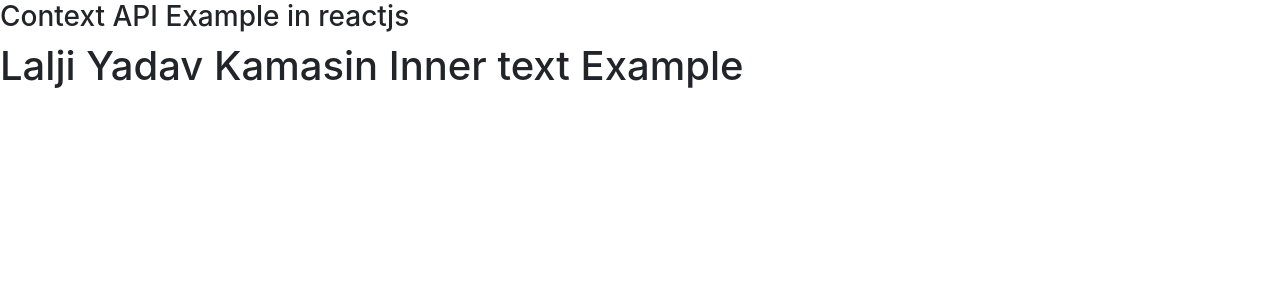
Repository: lalji-yadav/React-Context-API
Page: /compa
The author's editor kept a copy of each file at every save. The page is drawn from the files as they stood at one save, then again after the next save.
The browser window is 1280 px wide. The pictures show the whole page.
The project was rebuilt for these pictures with package versions that can differ from the ones it lists, and the page was loaded fresh each time. Also part of the build but not shown: src/App.css.

Above is the page before, as saved 2021-02-12 13:17:48.

### src/App.js
import  React,{ useState,Suspense } from 'react';
import './App.css';
import {
  BrowserRouter as Router,
  Switch,
  Route,
  Link
} from "react-router-dom";
//import A from "./components/A";

const A = React.lazy(()=> import('./components/A'))
const TableData = React.lazy(()=>import('./CRUD/tableData'))
const ComponentA = React.lazy(()=>import('./contextapiAdvance/componentA'))

export const ThemeContext = React.createContext()

function App() {

  const [data, setData] = useState({
    name: "Lalji Yadav Kamasin",
    mob:"8726650277",
    email:'lalji@gmail.com'
  })

 const changeStates=()=> {
    setData({
      name:"Change value Name Lalji to Anubhav Kumar yadav",
      mob:"1234567890",
      email:'12lalji@gmail.com'
    })
  }
  const contextValues = {
    data: data,
    changeStates: changeStates
  }

  return (
    <div>
      <h3> Context API Example in reactjs  </h3>

      {/* <ThemeContext.Provider value={contextValues}>
        <Home />
      </ThemeContext.Provider> */}

      <Router>
       <Suspense fallback={<div>Loading.....</div>}>
        <Switch>
          <Route exact path="/a" component={A} />
          <Route exact path="/tabledata" component={TableData} />
          <Route exact path="/compa" component={ComponentA} />
        </Switch>
       </Suspense>
      </Router>

    </div>
  );
}

export default App;

### src/contextapiAdvance/componentA.js
import React from 'react';
import ComponentB from "./componentB";

export const Mycontext = React.createContext()
export const Ourcontext = React.createContext()

const ComponentA = () => {
    return (
        <div>
            <Mycontext.Provider value={'Lalji Yadav Kamasin'}>
                <Ourcontext.Provider value={'Inner text Example'}>
                  <ComponentB />
                </Ourcontext.Provider>
            </Mycontext.Provider>

        </div>
    );
};

export default ComponentA;

### src/contextapiAdvance/componentB.js
import React from 'react';
import ComponentC from "./componentC";

const ComponentB = () => {
    return (
        <div>
            <ComponentC />
        </div>
    );
};

export default ComponentB;

### src/contextapiAdvance/componentC.js
import React from 'react';
import { Mycontext, Ourcontext } from './componentA'


const ComponentC = () => {
    return (
        <div>
            <Mycontext.Consumer>
                {
                    value=> {
                        return (<Ourcontext.Consumer>
                            {
                                val=>{
                                    return (<h1> {value} {val}</h1>)
                                }
                            }
                        </Ourcontext.Consumer>)
                    }
                }
            </Mycontext.Consumer>
        </div>
    );
};

export default ComponentC;

Loaded but not shown: public/index.html (common file); src/index.js (common file); src/index.css (common file); src/reportWebVitals.js (common file)

After the next save:
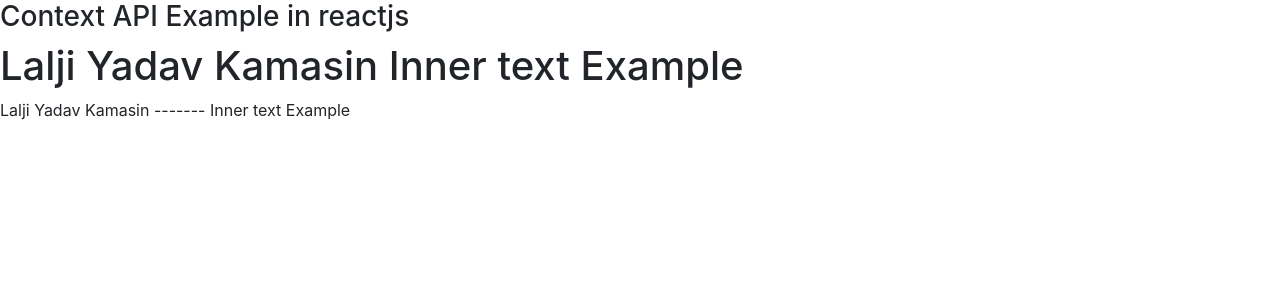
Saved 2 min 40 s later.
--- a/src/contextapiAdvance/componentB.js
+++ b/src/contextapiAdvance/componentB.js
@@ -1,10 +1,16 @@
-import React from 'react';
+import React,{useContext} from 'react';
 import ComponentC from "./componentC";
+import { Mycontext, Ourcontext } from './componentA'
+
 
 const ComponentB = () => {
+    const Com = useContext(Mycontext)
+    const Our = useContext(Ourcontext)
     return (
         <div>
             <ComponentC />
+
+            {Com} ------- {Our}
         </div>
     );
 };
